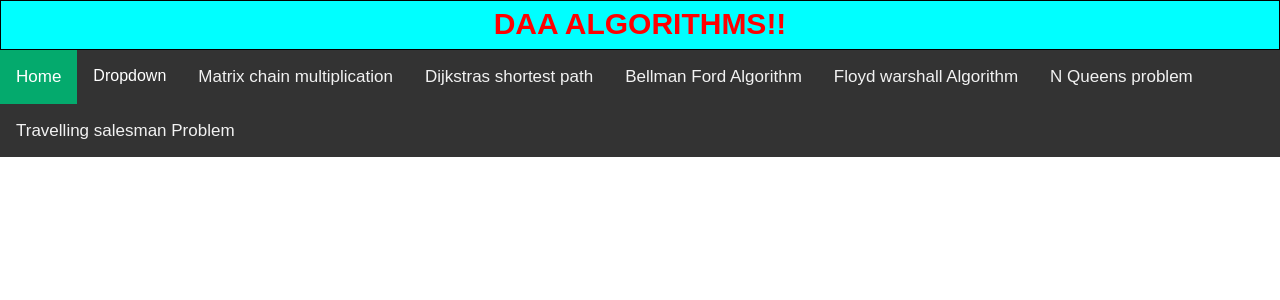
Repository: vinaybabu3962/ALGORITHMIC-TOOLBOX
Page: DAA_WT/webapp/index.html
The author's editor kept a copy of each file at every save. The page is drawn from the files as they stood at one save, then again after the next save.
The browser window is 1280 px wide. The pictures show the whole page.

Above is the page before, as saved 2021-07-06 13:55:44.

### DAA_WT/webapp/index.html
<!DOCTYPE html>
<html>
<head>
<meta charset="ISO-8859-1">
<title>Main Page</title>
<link rel="stylesheet" href="https://cdn.jsdelivr.net/npm/bootstrap@5.0.2/dist/css/bootstrap.min.css" integrity="sha384-EVSTQN3/azprG1Anm3QDgpJLIm9Nao0Yz1ztcQTwFspd3yD65VohhpuuCOmLASjC" crossorigin="anonymous">
<script src="https://cdn.jsdelivr.net/npm/bootstrap@5.0.2/dist/js/bootstrap.min.js" integrity="sha384-cVKIPhGWiC2Al4u+LWgxfKTRIcfu0JTxR+EQDz/bgldoEyl4H0zUF0QKbrJ0EcQF" crossorigin="anonymous"></script>
<script src="https://cdn.jsdelivr.net/npm/bootstrap@5.0.2/dist/js/bootstrap.bundle.min.js" integrity="sha384-MrcW6ZMFYlzcLA8Nl+NtUVF0sA7MsXsP1UyJoMp4YLEuNSfAP+JcXn/tWtIaxVXM" crossorigin="anonymous"></script>
<meta name="viewport" content="width=device-width, initial-scale=1">
<style>
body {
  margin: 0;
  font-family: Arial, Helvetica, sans-serif;
}

.topnav {
  overflow: hidden;
  background-color: #333;
}

.topnav a {
  float: left;
  color: #f2f2f2;
  text-align: center;
  padding: 14px 16px;
  text-decoration: none;
  font-size: 17px;
}

.topnav a:hover {
  background-color: #ddd;
  color: black;
}

.topnav a.active {
  background-color: #04AA6D;
  color: white;
}
.dropdown {
  float: left;
  overflow: hidden;
}

.dropdown .dropbtn {
  font-size: 16px;
  border: none;
  outline: none;
  color: white;
  padding: 14px 16px;
  background-color: inherit;
  font-family: inherit;
  margin: 0;
}

.navbar a:hover, .dropdown:hover .dropbtn {
  background-color: red;
}

.dropdown-content {
  display: none;
  position: absolute;
  background-color: #f9f9f9;
  min-width: 160px;
  box-shadow: 0px 8px 16px 0px rgba(0,0,0,0.2);
  z-index: 1;
}

.dropdown-content a {
  float: none;
  color: black;
  padding: 12px 16px;
  text-decoration: none;
  display: block;
  text-align: left;
}

.dropdown-content a:hover {
  background-color: #ddd;
}

.dropdown:hover .dropdown-content {
  display: block;
}
</style>
</head>
<body>
<div class="header" style="color:red;font-weight:bold;font-size:30px;border:1px solid black;background-color:cyan;height:50px;text-align:center;">
	DAA ALGORITHMS!!
</div>
<div class="topnav">
  <a class="active" href="#home">Home</a>
  <div class="dropdown">
    <button class="dropbtn">Dropdown
      <i class="fa fa-caret-down"></i>
    </button>
    <div class="dropdown-content">
		<a href="GreedyKnapsack.html">Greedy Knapsack</a>
  		<a href="KnapSackDP.html">Knapsack using DP</a>

    </div>
  </div>

  <a href="MatrixChainMultiplication.html">Matrix chain multiplication</a>
  <a href="Dijkstras.html">Dijkstras shortest path</a>
  <a href="BellmanFord.html">Bellman Ford Algorithm</a>
  <a href="FloydWarshall.html">Floyd warshall  Algorithm</a>
  <a href="NQueens.html">N Queens problem</a>
  <a href="Tsp.html">Travelling salesman Problem</a>
</div>
</body>
</html>

After the next save:
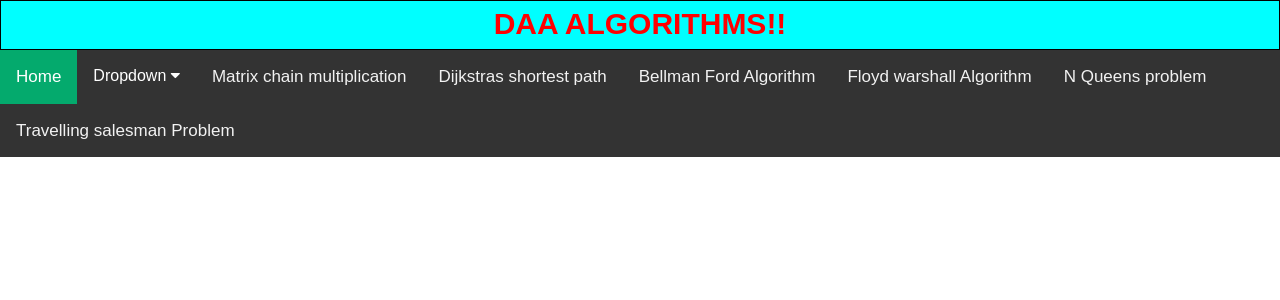
Saved 45 s later.
--- a/DAA_WT/webapp/index.html
+++ b/DAA_WT/webapp/index.html
@@ -7,6 +7,7 @@
 <script src="https://cdn.jsdelivr.net/npm/bootstrap@5.0.2/dist/js/bootstrap.min.js" integrity="sha384-cVKIPhGWiC2Al4u+LWgxfKTRIcfu0JTxR+EQDz/bgldoEyl4H0zUF0QKbrJ0EcQF" crossorigin="anonymous"></script>
 <script src="https://cdn.jsdelivr.net/npm/bootstrap@5.0.2/dist/js/bootstrap.bundle.min.js" integrity="sha384-MrcW6ZMFYlzcLA8Nl+NtUVF0sA7MsXsP1UyJoMp4YLEuNSfAP+JcXn/tWtIaxVXM" crossorigin="anonymous"></script>
 <meta name="viewport" content="width=device-width, initial-scale=1">
+<link rel="stylesheet" href="https://cdnjs.cloudflare.com/ajax/libs/font-awesome/4.7.0/css/font-awesome.min.css">
 <style>
 body {
   margin: 0;
